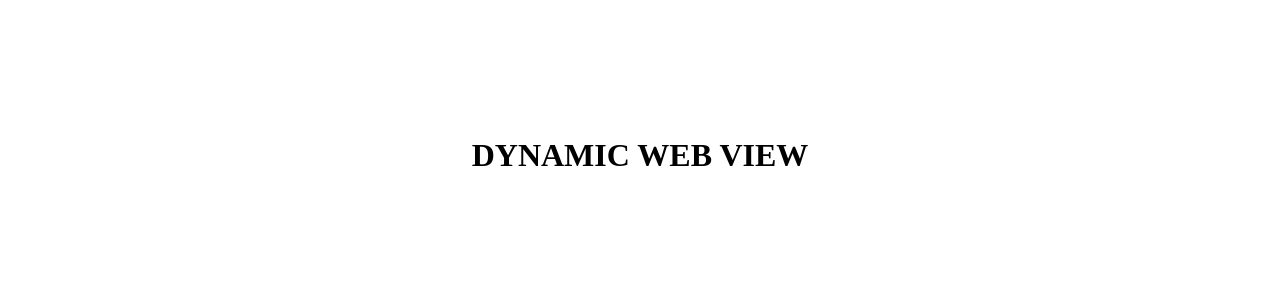
Repository: Ajay12Ajay/Advance_Java
Page: http://localhost/Advance_Web_Project/index.jsp
An editor plug-in stored every save of this project. The page is shown before and after the next save, followed by the edit.
The browser window is 1280 px wide. The pictures show the whole page.
The page is served by Tomcat 9. Other server files are loaded and not shown.

Above is the page before, as saved 2025-07-23 07:34:03.

### Advance_Java/Advance_Web_Project/WebContent/index.jsp
<%@ page language="java" contentType="text/html; charset=UTF-8"
	pageEncoding="UTF-8"%>
<!DOCTYPE html>
<html>
<head>
<meta charset="UTF-8">
<title>Dynamic Web View</title>
</head>

<body>
	<div align="center">
		<br></br> <br></br> <br></br>
		<h1>DYNAMIC WEB VIEW</h1>
		<a href="UserRegistration.jsp"></a>
	</div>
</body>
</html>

After the next save:
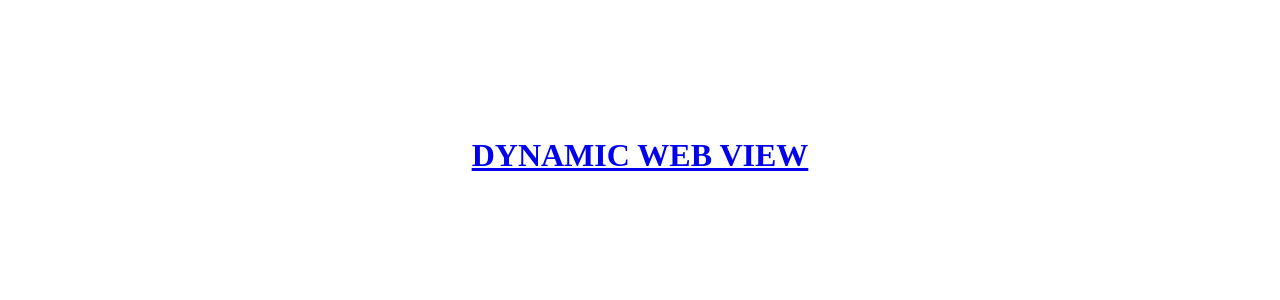
Saved 51 s later.
--- a/Advance_Java/Advance_Web_Project/WebContent/index.jsp
+++ b/Advance_Java/Advance_Web_Project/WebContent/index.jsp
@@ -10,8 +10,8 @@
 <body>
 	<div align="center">
 		<br></br> <br></br> <br></br>
-		<h1>DYNAMIC WEB VIEW</h1>
-		<a href="UserRegistration.jsp"></a>
+		 <a href="UserRegistration.jsp"><h1>DYNAMIC
+				WEB VIEW</h1></a>
 	</div>
 </body>
 </html>
